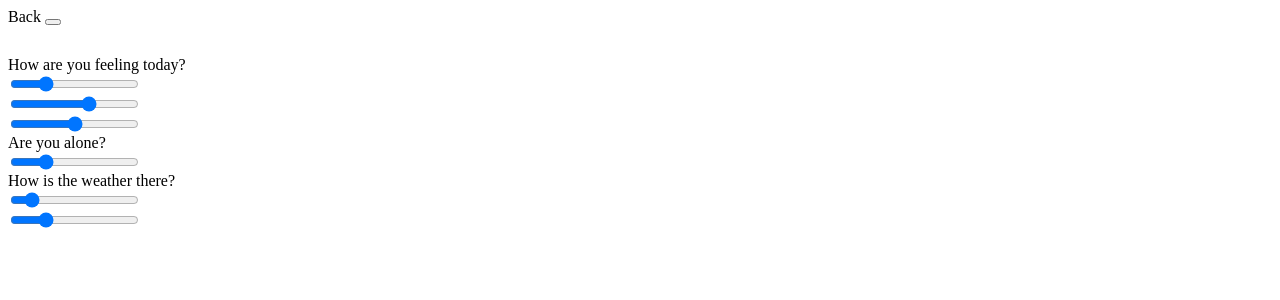
Repository: agustinbaretto/rainbow
Page: Rainbow/www/templates/rainbow.html
The author's editor kept a record of every edit. The page is drawn from the files as they stood at one moment, then again after the next edit.
The browser window is 1280 px wide. The pictures show the whole page.

Above is the page before.

### Rainbow/www/templates/rainbow.html
<ion-view title="Rainbow">
  <ion-nav-bar class="bar-positive nav-title-slide-ios7">
    <ion-nav-back-button class="button-clear"><i class="icon ion-ios7-arrow-back"></i> Back</ion-nav-back-button>
  </ion-nav-bar>
  <ion-nav-buttons side="left">
    <button menu-toggle="left" class="button button-icon icon ion-navicon"></button>
  </ion-nav-buttons>
  <ion-content>
    <div class="list" style="margin-top: 30px">
      <div class="item item-divider">
        How are you feeling today?
      </div>
      <div class="item range range-calm">
        <i class="icon ion-sad"></i>
        <input type="range" name="volume" min="0" max="100" value="25">
        <i class="icon ion-happy"></i>
      </div>
      <div class="item range range-assertive">
        <i class="icon ion-heart-broken"></i>
        <input type="range" name="volume" min="0" max="100" value="63">
        <i class="icon ion-heart"></i>
      </div>
      <div class="item range range-energized">
        <i class="icon ion-battery-empty"></i>
        <input type="range" name="volume" min="0" max="100" value="50">
        <i class="icon ion-battery-full"></i>
      </div>
      <div class="item item-divider">
        Are you alone?
      </div>
      <div class="item range range-calm">
        <i class="icon ion-ios7-person"></i>
        <input type="range" name="volume" min="0" max="100" value="25">
        <i class="icon ion-ios7-people"></i>
      </div>
      <div class="item item-divider">
        How is the weather there?
      </div>
      <div class="item range range-positive">
        <i class="icon ion-ios7-rainy"></i>
        <input type="range" name="volume" min="0" max="100" value="12">
        <i class="icon ion-ios7-sunny"></i>
      </div>
      <div class="item range range-balanced">
        <i class="icon ion-ios7-snowy"></i>
        <input type="range" name="volume" min="0" max="100" value="25">
        <i class="icon ion-ios7-sunny-outline"></i>
      </div>
  </ion-content>
</ion-view>

After the next edit:
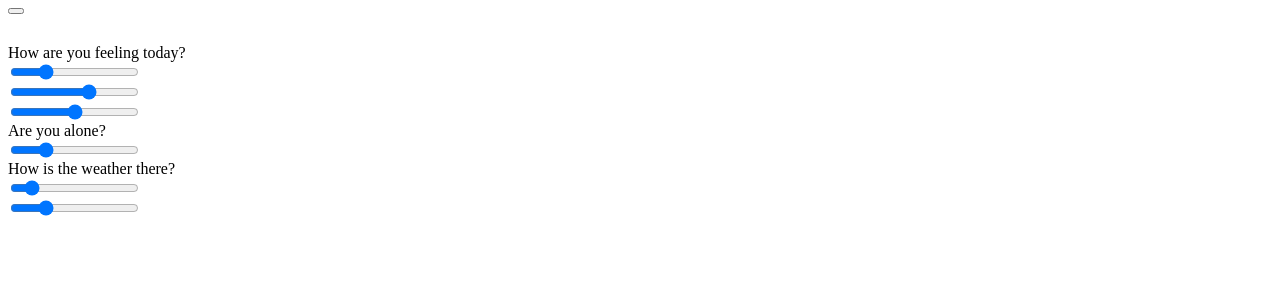
The edit:
--- a/Rainbow/www/templates/rainbow.html
+++ b/Rainbow/www/templates/rainbow.html
@@ -1,10 +1,9 @@
 <ion-view title="Rainbow">
   <ion-nav-bar class="bar-positive nav-title-slide-ios7">
-    <ion-nav-back-button class="button-clear"><i class="icon ion-ios7-arrow-back"></i> Back</ion-nav-back-button>
-  </ion-nav-bar>
-  <ion-nav-buttons side="left">
+    <ion-nav-buttons side="left">
     <button menu-toggle="left" class="button button-icon icon ion-navicon"></button>
   </ion-nav-buttons>
+  </ion-nav-bar>
   <ion-content>
     <div class="list" style="margin-top: 30px">
       <div class="item item-divider">
